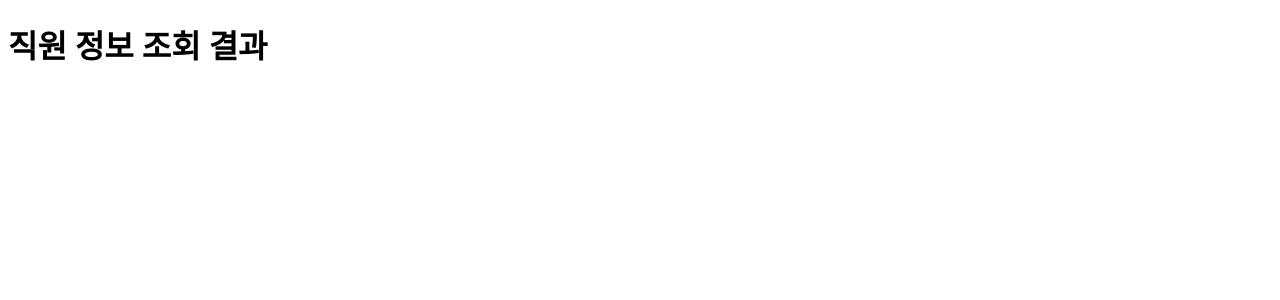
Repository: alsdud0301/jsp_study
Page: http://localhost/practice1/result.jsp
An editor plug-in stored every save of this project. The page is shown before and after the next save, followed by the edit.
The browser window is 1280 px wide. The pictures show the whole page.
The page is served by Tomcat 9.

Above is the page before, as saved 2025-05-21 06:44:54.

After the next save:
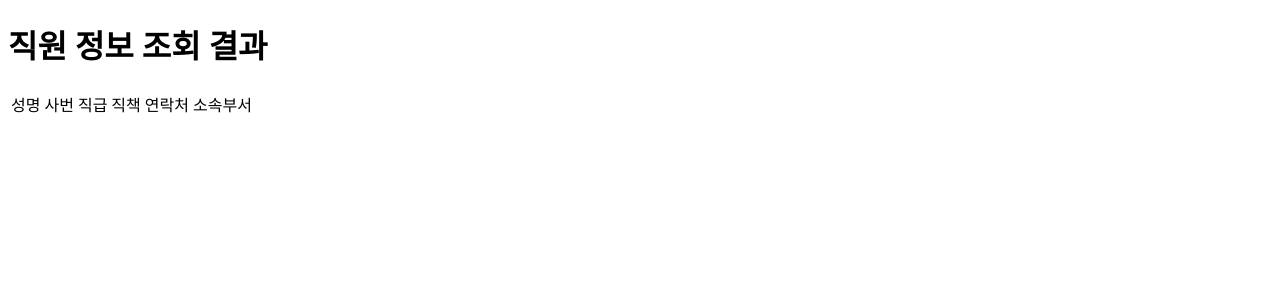
Saved 56 s later.
--- a/practice1/src/main/webapp/result.jsp
+++ b/practice1/src/main/webapp/result.jsp
@@ -10,6 +10,19 @@
 	<h1>직원 정보 조회 결과</h1>
 	<table>
 		<tr>
+			<td>성명</td>
+			<td>사번</td>
+			<td>직급</td>
+			<td>직책</td>
+			<td>연락처</td>
+			<td>소속부서</td>
+		</tr>
+		<tr>
+			<td></td>
+			<td></td>
+			<td></td>
+			<td></td>
+			<td></td>
 			<td></td>
 		</tr>
 	</table>
